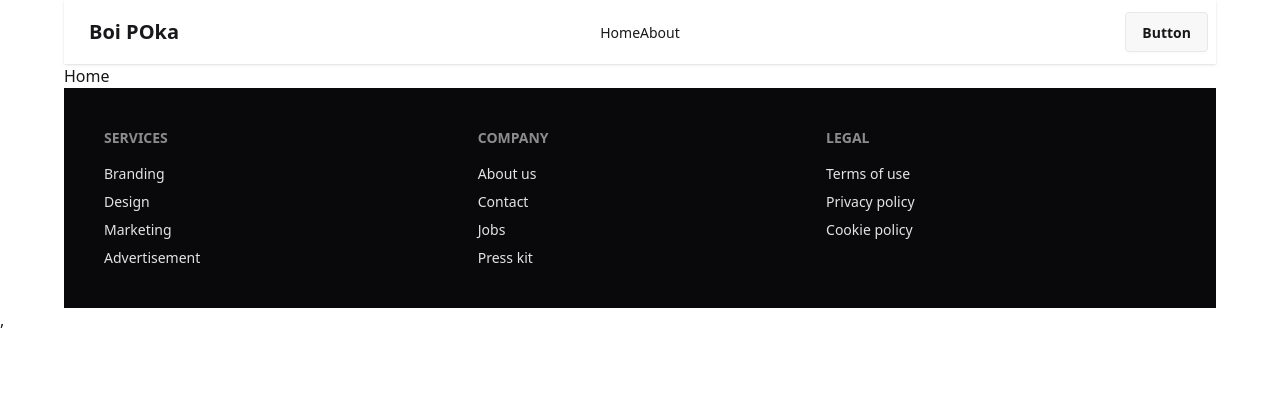
Repository: SanjidaSnigdha/Boipoka-Book-Vibe-Project
Page: /
The author's editor kept a copy of each file at every save. The page is drawn from the files as they stood at one save, then again after the next save.
The browser window is 1280 px wide. The pictures show the whole page.
The project was rebuilt for these pictures with package versions that can differ from the ones it lists, and the page was loaded fresh each time. Also part of the build but not shown: vite.config.js, src/App.css, src/App.jsx, src/Pages/Root/ErrorPage/ErrorPage.jsx.

Above is the page before, as saved 2026-05-12 11:32:41.

### index.html
<!doctype html>
<html lang="en">
  <head>
    <meta charset="UTF-8" />
    <link rel="icon" type="image/svg+xml" href="/favicon.svg" />
    <meta name="viewport" content="width=device-width, initial-scale=1.0" />
    <title>boipuka</title>
  </head>
  <body>
    <div id="root"></div>
    <script type="module" src="/src/main.jsx"></script>
  </body>
</html>

### src/main.jsx
import { StrictMode } from 'react'
import { createRoot } from 'react-dom/client'
import './index.css'
import App from './App.jsx'
import {
  RouterProvider,
} from "react-router";
import { router } from './Routes/Routes.jsx';




createRoot(document.getElementById('root')).render(
  <StrictMode>
     <RouterProvider router={router} />,
  </StrictMode>,
)

### src/index.css
@import "tailwindcss";
@plugin "daisyui" {
themes : light --default, dark --prefersdark;
themes: light --default;
}
   dark mode to light mode ( index.css)

### src/Routes/Routes.jsx
import React from 'react';
import {
  createBrowserRouter,
} from "react-router";
import Root from '../Pages/Root/Root';
import ErrorPage from '../Pages/Root/ErrorPage/ErrorPage';
import { Component } from 'react';
import Home from '../Pages/Home/Home';

 export const router = createBrowserRouter([
  {
    path: "/",
    Component: Root,
    errorElement: <ErrorPage></ErrorPage>,
    children: [
      {
      index: true,
      path: '/',
      Component: Home

    },
  ],
},
]);

### src/Pages/Root/Root.jsx
import React from 'react';
import Navbar from '../../Components/Header/Navbar/Navbar';
import { Outlet } from 'react-router';
import Footer from '../../Components/Footer/Footer';

const Root = () => {
    return (
        <div className='max-w-6xl mx-auto'>
            <Navbar></Navbar>
            <Outlet></Outlet>
            <Footer></Footer>

        </div>
    );
};

export default Root;

### src/Pages/Home/Home.jsx
import React from 'react';

const Home = () => {
    return (
        <div>
            <h1>Home</h1>
        </div>
    );
};

export default Home;

### src/Components/Header/Navbar/Navbar.jsx
import React from 'react';

const Navbar = () => {
    const links = <>
      <li>Home</li>
      <li>About</li>
    </>
    return (
        <div className="navbar bg-base-100 shadow-sm">
  <div className="navbar-start">
    <div className="dropdown">
      <div tabIndex={0} role="button" className="btn btn-ghost lg:hidden">
        <svg xmlns="http://www.w3.org/2000/svg" className="h-5 w-5" fill="none" viewBox="0 0 24 24" stroke="currentColor"> <path strokeLinecap="round" strokeLinejoin="round" strokeWidth="2" d="M4 6h16M4 12h8m-8 6h16" /> </svg>
      </div>
      <ul
        tabIndex="-1"
        className="menu menu-sm dropdown-content bg-base-100 rounded-box z-1 mt-3 w-52 p-2 shadow">
       {links}
      </ul>
    </div>
    <a className="btn btn-ghost text-xl">Boi POka</a>
  </div>
  <div className="navbar-center hidden lg:flex">
    <ul className="menu menu-horizontal px-1">
      {links}
    </ul>
  </div>
  <div className="navbar-end">
    <a className="btn">Button</a>
  </div>
</div>
    );
};

export default Navbar;

### src/Components/Footer/Footer.jsx
import React from 'react';

const Footer = () => {
    return (
        <footer className="footer sm:footer-horizontal bg-neutral text-neutral-content p-10">
  <nav>
    <h6 className="footer-title">Services</h6>
    <a className="link link-hover">Branding</a>
    <a className="link link-hover">Design</a>
    <a className="link link-hover">Marketing</a>
    <a className="link link-hover">Advertisement</a>
  </nav>
  <nav>
    <h6 className="footer-title">Company</h6>
    <a className="link link-hover">About us</a>
    <a className="link link-hover">Contact</a>
    <a className="link link-hover">Jobs</a>
    <a className="link link-hover">Press kit</a>
  </nav>
  <nav>
    <h6 className="footer-title">Legal</h6>
    <a className="link link-hover">Terms of use</a>
    <a className="link link-hover">Privacy policy</a>
    <a className="link link-hover">Cookie policy</a>
  </nav>
</footer>
    );
};

export default Footer;

### src/Components/Banner/Banner.jsx
import React from 'react';

const Banner = () => {
    return (
        <div>
            <diV>
            <h1>Hooooooooooooo</h1>
            <button className='btn btn-primary'>sent</button>
            </diV>
            <div>
               <img src="" alt="" />
            </div>
        </div>
    );
};

export default Banner;

After the next save:
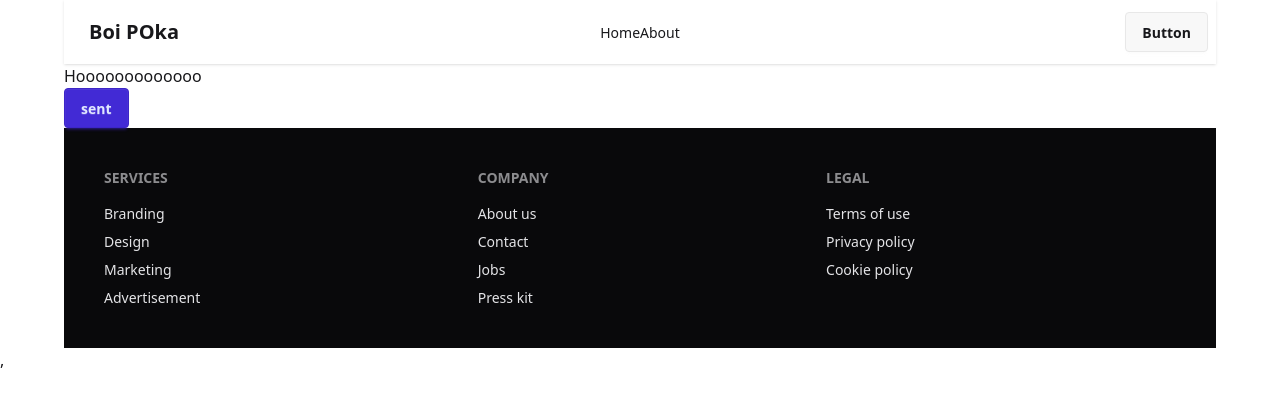
Saved 29 s later.
--- a/src/Pages/Home/Home.jsx
+++ b/src/Pages/Home/Home.jsx
@@ -1,9 +1,10 @@
 import React from 'react';
+import Banner from '../../Components/Banner/Banner';
 
 const Home = () => {
     return (
         <div>
-            <h1>Home</h1>
+            <Banner></Banner>
         </div>
     );
 };
